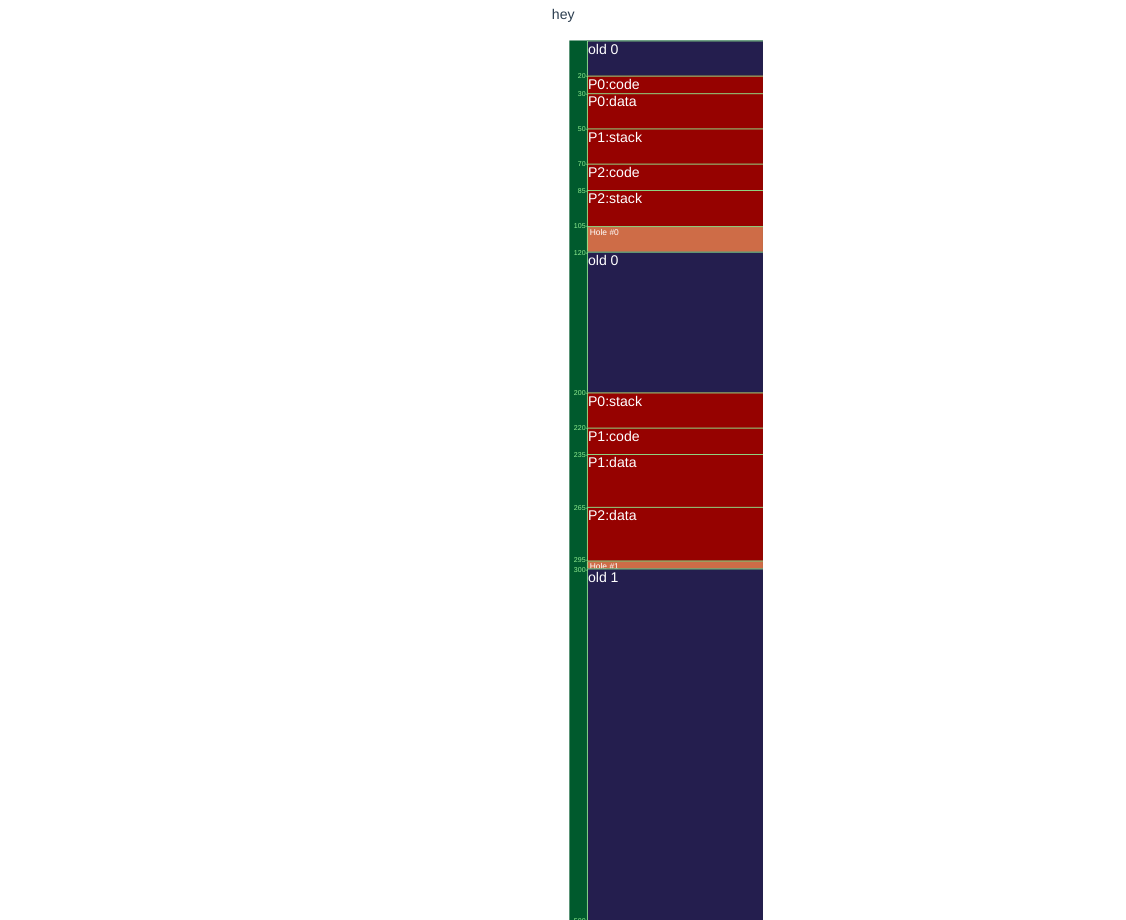
Repository: atout811/memory-allocation-project
Page: /#/final
An editor plug-in stored every save of this project. The page is shown before and after the next save, followed by the edit.
The browser window is 1280 px wide. The pictures show the whole page, at 88% of full size.
The project was rebuilt for these pictures with package versions that can differ from the ones it lists, and the page was loaded fresh each time. Also part of the build but not shown: src/views/MemoryAndHoles.vue, src/views/Process.vue, src/views/Methods.vue.

Above is the page before, as saved 2021-06-10 17:09:40.

After the next save:
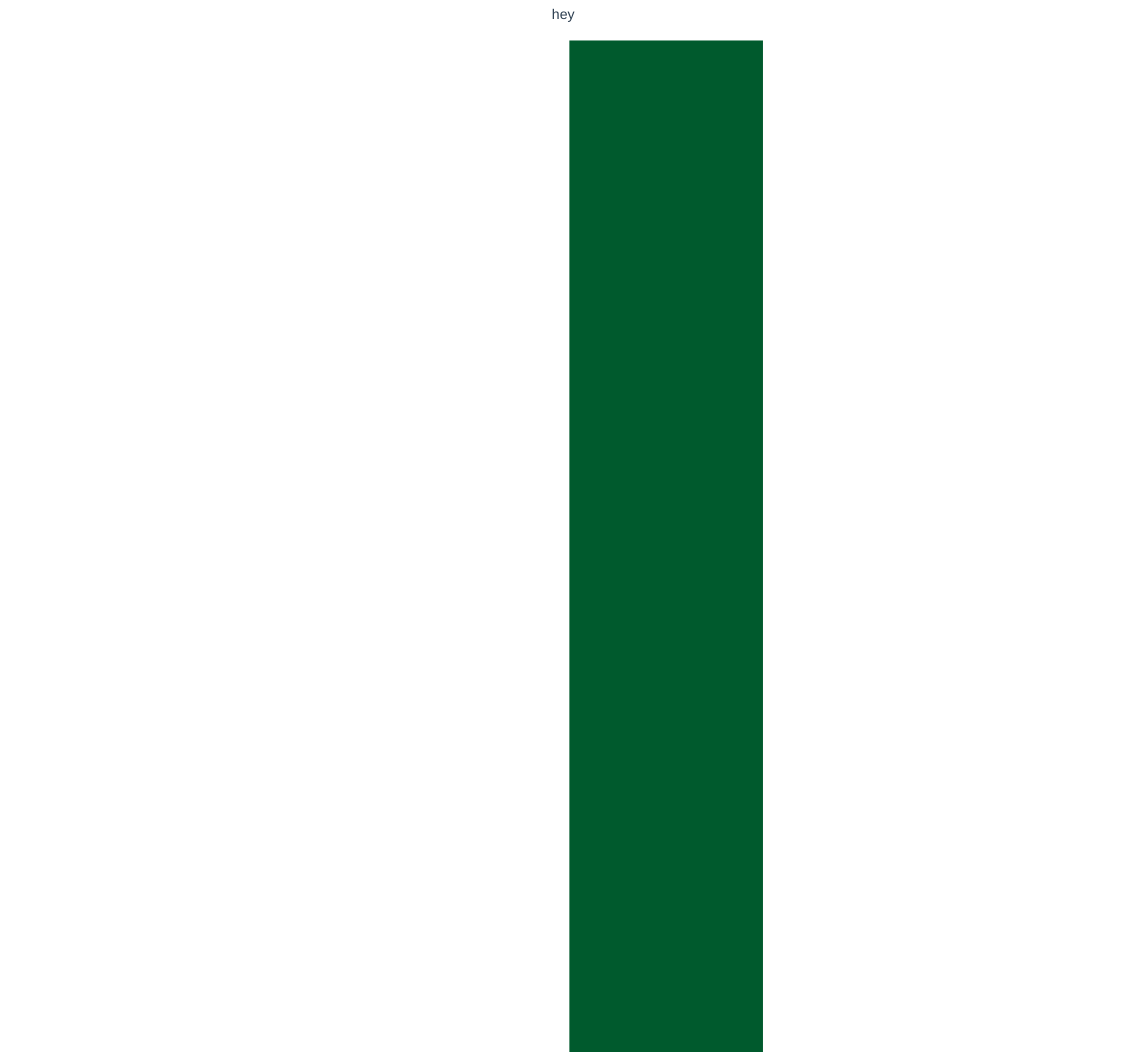
Console error: TypeError: Cannot set properties of undefined (setting 'height')
Saved 16 s later.
--- a/src/views/Final.vue
+++ b/src/views/Final.vue
@@ -15,7 +15,7 @@
     };
   },
   mounted: function () {
-    const memory = document.querySelector("div .memory");
+    const memory = document.getElementsByClassName(" .memory");
     const scale = 2;
     let data = { ...this.data };
     let holes = data.Holes.map((item) => [

After the save that followed:
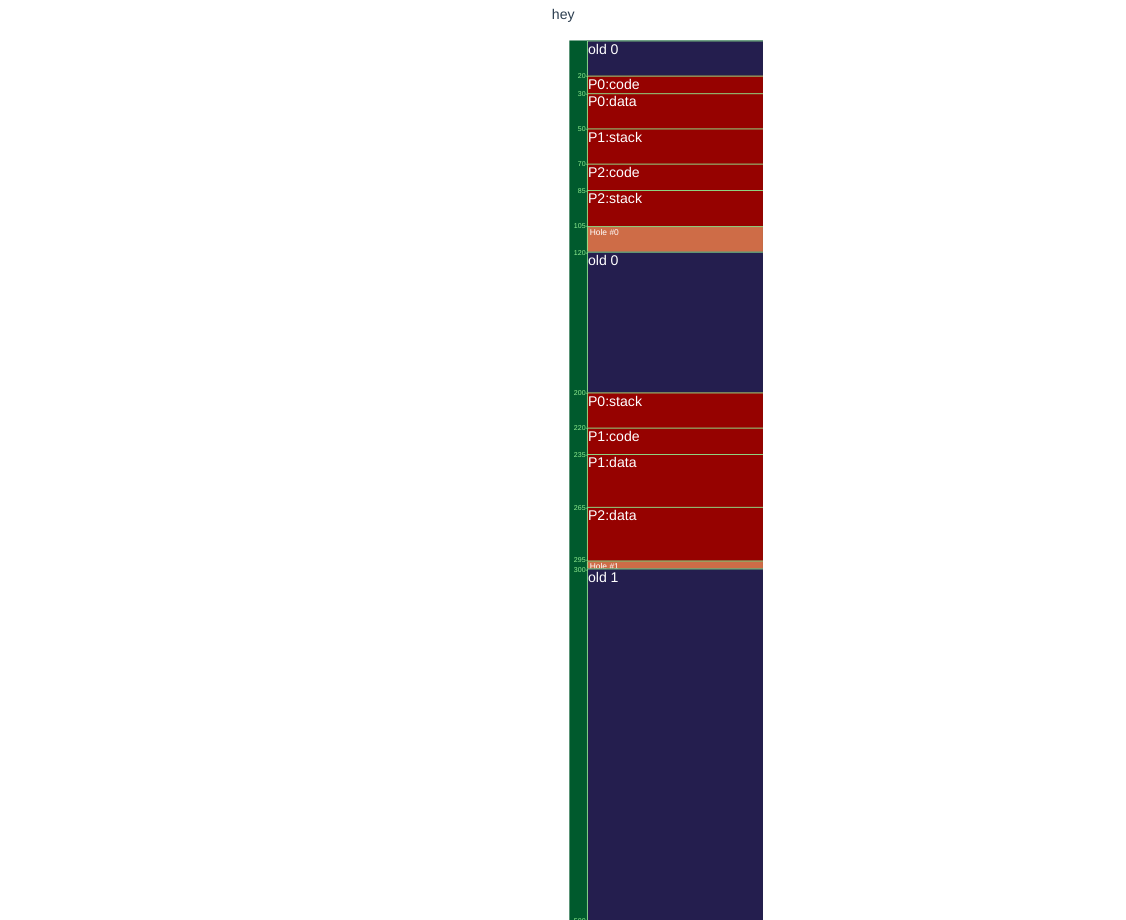
The error is gone.
Saved 75 s later.
--- a/src/views/Final.vue
+++ b/src/views/Final.vue
@@ -15,7 +15,7 @@
     };
   },
   mounted: function () {
-    const memory = document.getElementsByClassName(" .memory");
+    const memory = document.querySelector("div.cont > .memory");
     const scale = 2;
     let data = { ...this.data };
     let holes = data.Holes.map((item) => [
